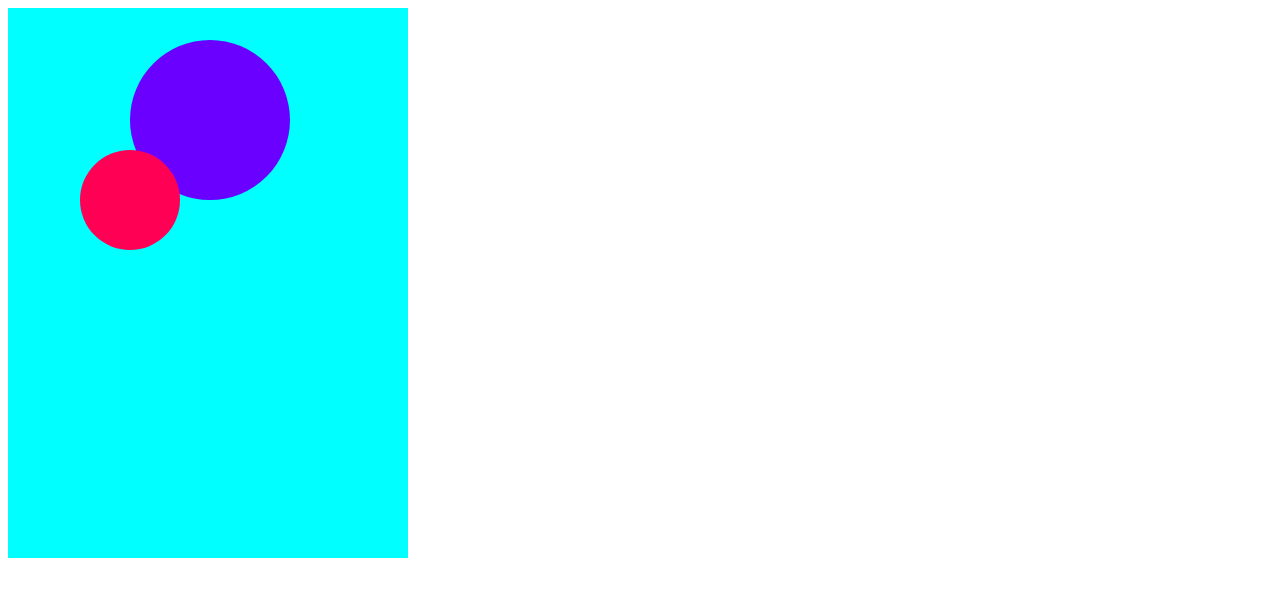
Repository: sara55m/Counter_App
Page: index.html
An editor plug-in stored every save of this project. The page is shown before and after the next save, followed by the edit.
The browser window is 1280 px wide. The pictures show the whole page.

Above is the page before, as saved 2024-07-30 01:37:33.

### index.html
<!DOCTYPE html>
<html lang="en">
<head>
    <meta charset="UTF-8">
    <meta name="viewport" content="width=device-width, initial-scale=1.0">
    <title>Document</title>
    <link rel="stylesheet" href="css/style.css">
</head>
<body>
    <div class="container">
        <div class="main"></div>
        <div class="increase"></div>
        <div class="reset"></div>
    </div>
    <script src="js/script.js"></script>
</body>
</html>

### css/style.css
.container{
    height:550px;
    width:400px;
    background-color: aqua;
}

.main{
    position:absolute;
    top:40px;
    left:130px;
    height:160px;
    width:160px;
    border-radius: 50%;
    background-color: rgb(106, 0, 255);
}


.increase{
    position:absolute;
    top:150px;
    left:80px;
    height:100px;
    width:100px;
    border-radius: 50%;
    background-color: rgb(255, 0, 85);
}

Loaded but not shown: js/script.js (no stored copy; drawn as an empty file)

After the next save:
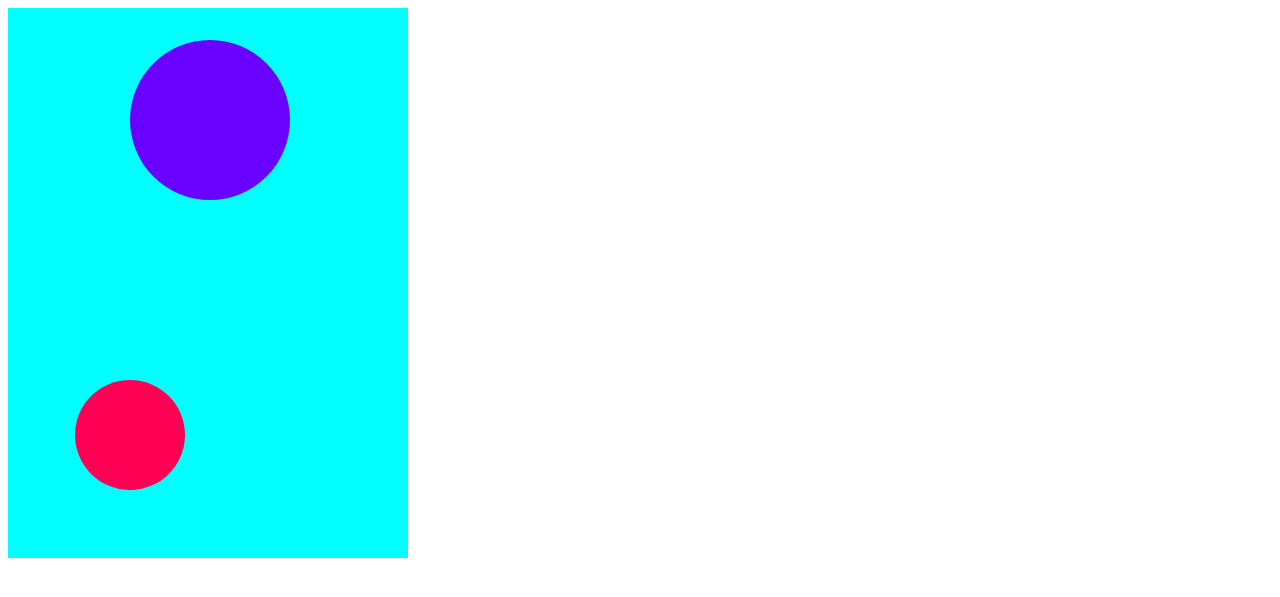
Saved 85 s later.
--- a/css/style.css
+++ b/css/style.css
@@ -17,10 +17,10 @@
 
 .increase{
     position:absolute;
-    top:150px;
-    left:80px;
-    height:100px;
-    width:100px;
+    top:380px;
+    left:75px;
+    height:110px;
+    width:110px;
     border-radius: 50%;
     background-color: rgb(255, 0, 85);
 }
